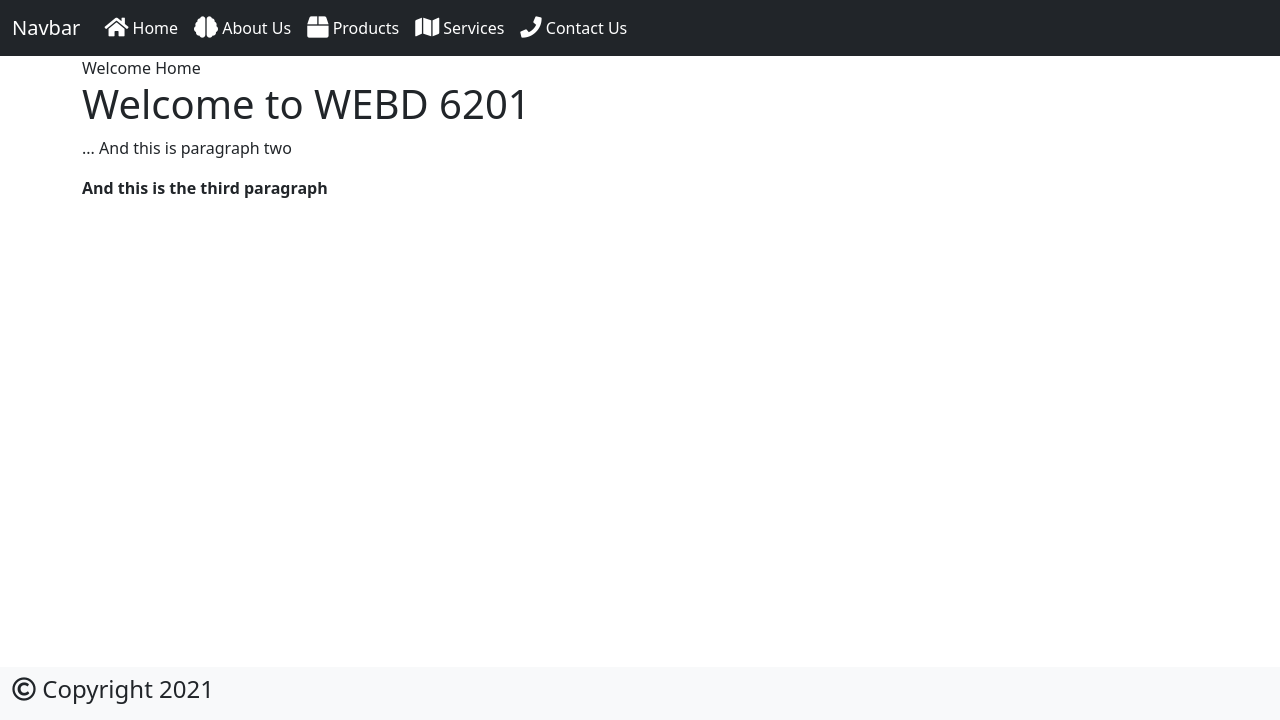
Repository: AshokSasi/WEBD6201-Week3
Page: index.html
The author's editor kept a copy of each file at every save. The page is drawn from the files as they stood at one save, then again after the next save.
The browser window is 1280 px wide. The pictures show the whole page.

Above is the page before, as saved 2021-01-21 09:40:04.

### index.html
<!DOCTYPE html>
<html lang="en">
<head>
    <meta charset="UTF-8">
    <meta name="viewport" content="width=device-width, initial-scale=1.0">
    <title>WEBD6201 - W2021 - ICE 1</title>
    <!-- CSS Section-->
    <link rel="stylesheet" href="./Content/app.css">
    <link rel="stylesheet" href="./node_modules/bootstrap/dist/css/bootstrap.min.css">
    <link rel="stylesheet" href="./node_modules/@fortawesome/fontawesome-free/css/all.min.css">
</head>
<body>
    <header>
        <nav class="navbar navbar-expand-lg navbar-dark bg-dark">
            <div class="container-fluid">
              <a class="navbar-brand" href="#">Navbar</a>
              <button class="navbar-toggler" type="button" data-bs-toggle="collapse" data-bs-target="#navbarSupportedContent" aria-controls="navbarSupportedContent" aria-expanded="false" aria-label="Toggle navigation">
                <span class="navbar-toggler-icon"></span>
              </button>
              <div class="collapse navbar-collapse" id="navbarSupportedContent">
                <ul class="navbar-nav me-auto mb-2 mb-lg-0">
                  <li class="nav-item">
                    <a class="nav-link active" aria-current="page" href="#"><i class="fas fa-home fa-lg"></i> Home</a>
                  </li>
                  <li class="nav-item">
                    <a class="nav-link active" aria-current="page" href="#"><i class="fas fa-brain fa-lg"></i> About Us</a>
                  </li>
                  <li class="nav-item">
                    <a class="nav-link active" aria-current="page" href="#"><i class="fas fa-box fa-lg"></i> Products</a>
                  </li>
                  <li class="nav-item">
                    <a class="nav-link active" aria-current="page" href="#"><i class="fas fa-map fa-lg"></i> Services</a>
                  </li>
                  <li class="nav-item">
                    <a class="nav-link active" aria-current="page" href="#"><i class="fas fa-phone fa-lg"></i> Contact Us</a>
                  </li>
                </ul>

              </div>
            </div>
          </nav>
    </header>

    <main class="container">
        <h1>Welcome to WEBD 6201</h1>

        <p id="paragraphOne"></p>
    </main>

    <!--Footer Nav -->
    <footer>
        <nav class="navbar fixed-bottom navbar-light bg-light">
            <div class="container-fluid">
              <h4><i class="far fa-copyright"></i> Copyright 2021</h4>
            </div>
          </nav>
    </footer>

    <!--Javascript section-->
    <script src="./Scripts/app.js"></script>
    <script src="./node_modules/jquery/dist/jquery.min.js"></script>
    <script src="./node_modules/bootstrap/dist/js/bootstrap.bundle.min.js"></script>
</body>
</html>

### Scripts/app.js

//IIFE Immediately Function Expression
//AKA - Anonymous Self- Executing Function
//Closure - Limits scop leak

"use strict";

(function()
{
    function Start()
    {
        console.log("App started ...");
        let paragraphOneText = "This is a simple site to demonstrate DOM manipulation for ICE 1";

        let paragraphOneElement = document.getElementById("paragraphOne");

        paragraphOneElement.textContent= paragraphOneText;
        paragraphOneElement.className="fs-5";

        // Step 1: document.createElement
        let newParagraph  = document.createElement("p");
        // Step 2: Configure the element
        newParagraph.setAttribute("id","paragraphTwo");
        newParagraph.textContent = "... And this is paragraph two";
        // Step 3: Select the parent element
        let mainContent = document.getElementsByTagName("main")[0];
        // Step4: Add/Insert the element
        mainContent.appendChild(newParagraph);

        newParagraph.className = "fs-6";

        //another way of injecting content
       let paragraphDiv = document.createElement("div");
       let paragraphThree= `<p id="paragraphThree" class="fs-7 fw-bold">And this is the third paragraph</p>`;
        paragraphDiv.innerHTML = paragraphThree;

        //example of inserting before a node.
      //  newParagraph.before(paragraphDiv)

      //example of inserting after a node.
      newParagraph.after(paragraphDiv);

      //delete elements
      //paragraphOneElement.remove();

      //example of remove child
      mainContent.removeChild(paragraphOneElement);

      //update / modification
      mainContent.firstChild.textContent = " Welcome Home";


    }
    window.addEventListener("load", Start);
})();

Loaded but not shown: node_modules/bootstrap/dist/css/bootstrap.min.css (library); node_modules/@fortawesome/fontawesome-free/css/all.min.css (library); node_modules/jquery/dist/jquery.min.js (library); node_modules/bootstrap/dist/js/bootstrap.bundle.min.js (library); Content/app.css (no stored copy; drawn as an empty file)

After the next save:
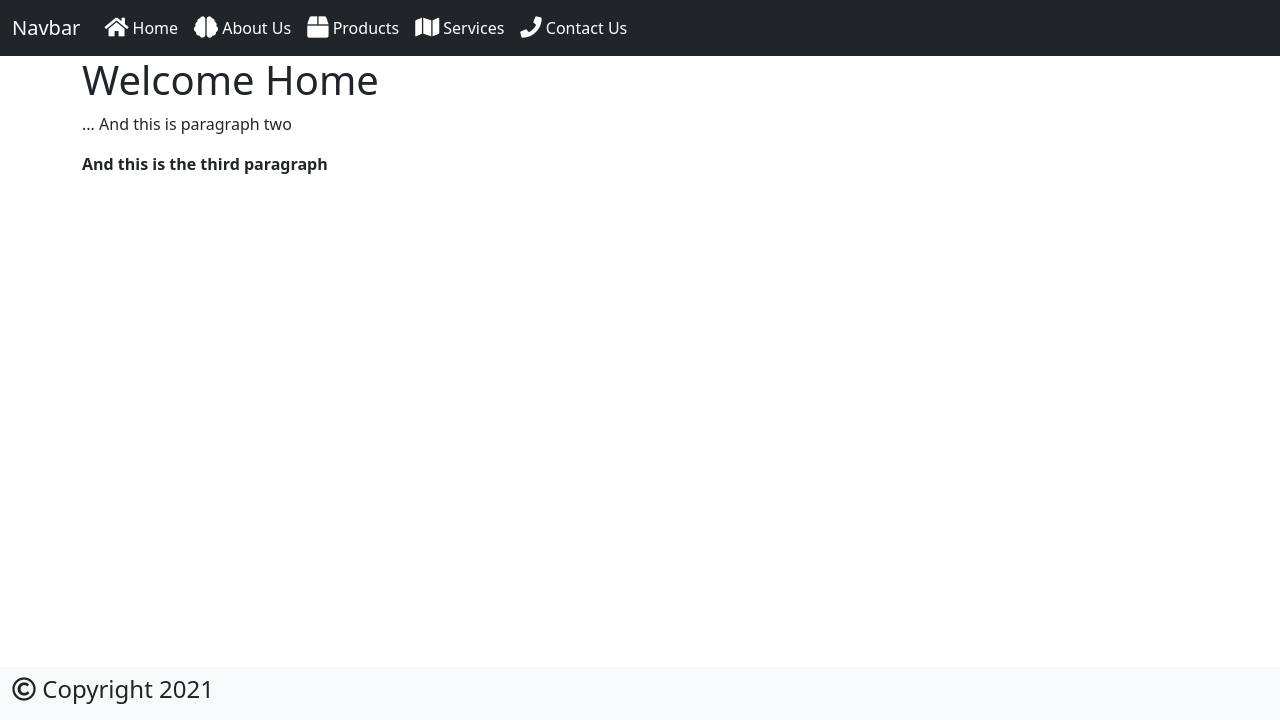
Saved 93 s later.
--- a/Scripts/app.js
+++ b/Scripts/app.js
@@ -47,7 +47,7 @@
       mainContent.removeChild(paragraphOneElement);
 
       //update / modification
-      mainContent.firstChild.textContent = " Welcome Home";
+      mainContent.firstElementChild.textContent = "Welcome Home";
 
 
     }
